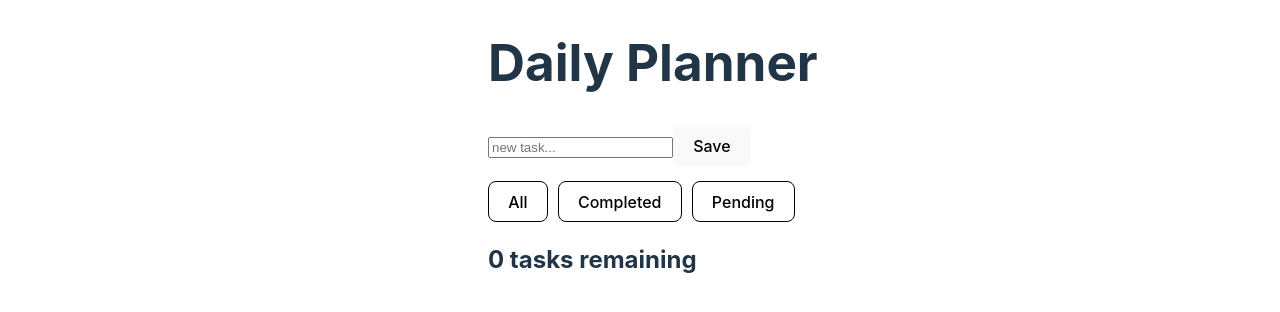
Repository: leslie179/labfour
Page: / (app in labfour/)
The author's editor kept a copy of each file at every save. The page is drawn from the files as they stood at one save, then again after the next save.
The browser window is 1280 px wide. The pictures show the whole page.
The project was rebuilt for these pictures with package versions that can differ from the ones it lists, and the page was loaded fresh each time. Also part of the build but not shown: labfour/vite.config.js, labfour/src/components/Task.jsx.

Above is the page before, as saved 2024-10-27 19:51:43.

After the next save:
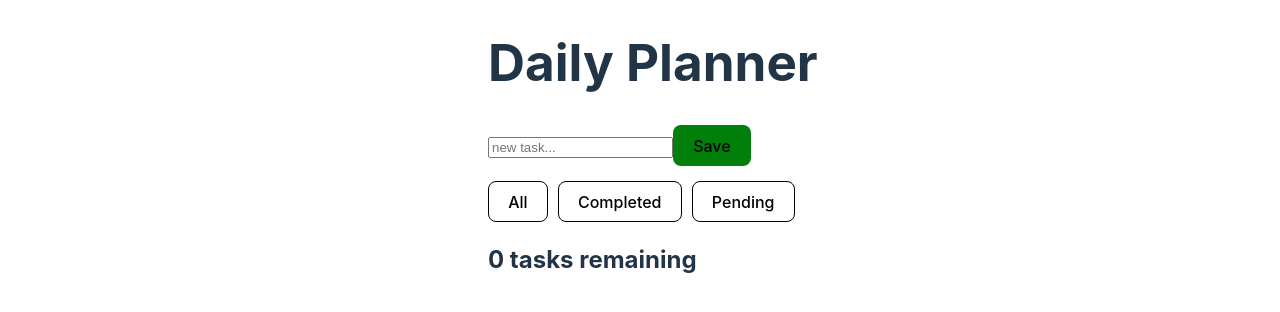
Saved 4 s later.
--- a/labfour/src/App.css
+++ b/labfour/src/App.css
@@ -9,7 +9,8 @@
 }
 
 .save{
-  background-color: ;
+  background-color: #00800a;
+
 }
 
 .task-font {
